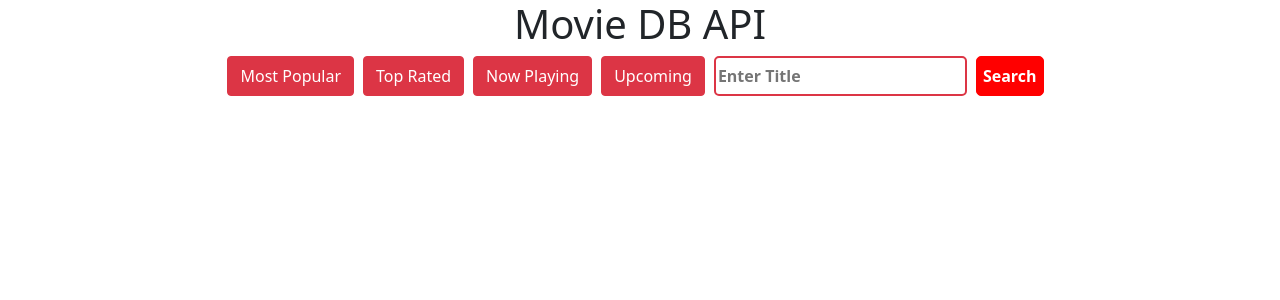
Repository: chaampavictor/moviedbapi
Page: /
An editor plug-in stored every save of this project. The page is shown before and after the next save, followed by the edit.
The browser window is 1280 px wide. The pictures show the whole page.
The page's requests for data from a server got no answer. The project was rebuilt for these pictures with package versions that can differ from the ones it lists, and the page was loaded fresh each time. No one was signed in, and anything a server would have sent is missing.

Above is the page before, as saved 2022-01-13 13:11:52.

After the next save:
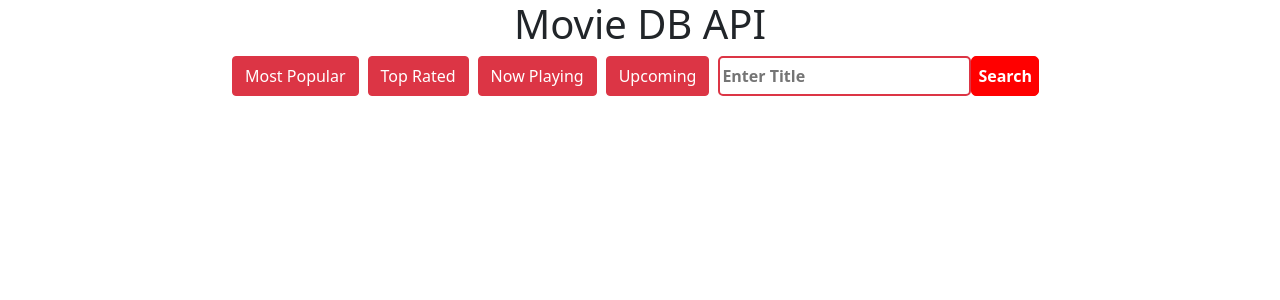
Saved 10 s later.
--- a/src/App.css
+++ b/src/App.css
@@ -35,7 +35,7 @@
   border: 2px solid #dc3545;
 
   height: 40px;
-  margin-right: 9px;
+  /* margin-right: 9px; */
 
   border-radius: 5px;
 
